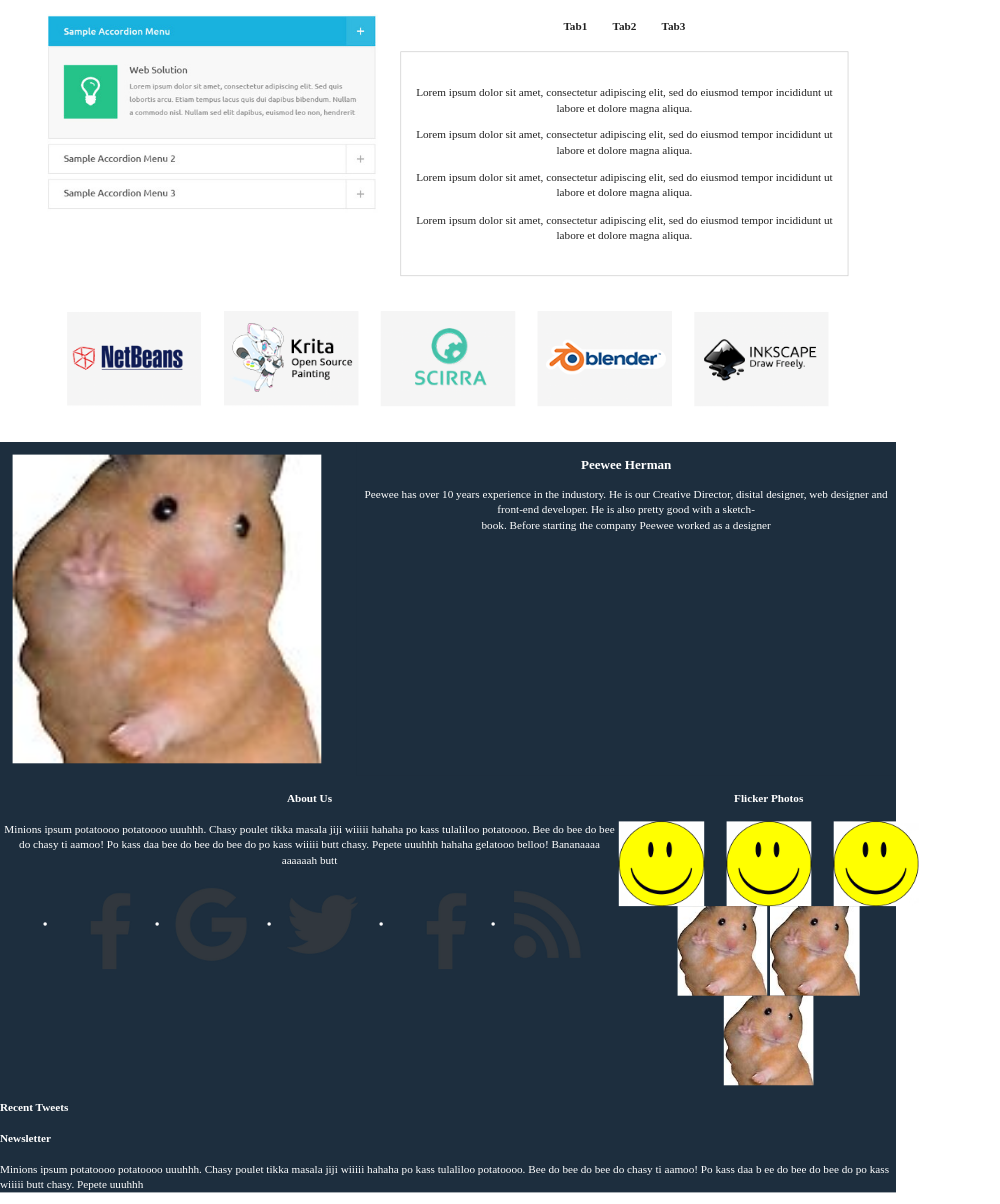
Repository: KanaKimishima/project1-responsive
Page: index.html
The author's editor kept a copy of each file at every save. The page is drawn from the files as they stood at one save, then again after the next save.
The browser window is 1280 px wide. The page is 1312 px wide, then 1428 px, so the pictures cover 1428 px, including what lies to the right of the window. The pictures show the part of the page from y = 2338 to 4058 px (the page is 4058 px tall before and 4033 px after), at 70% of full size.

Above is the page before, as saved 2023-02-06 22:27:37.

After the next save:
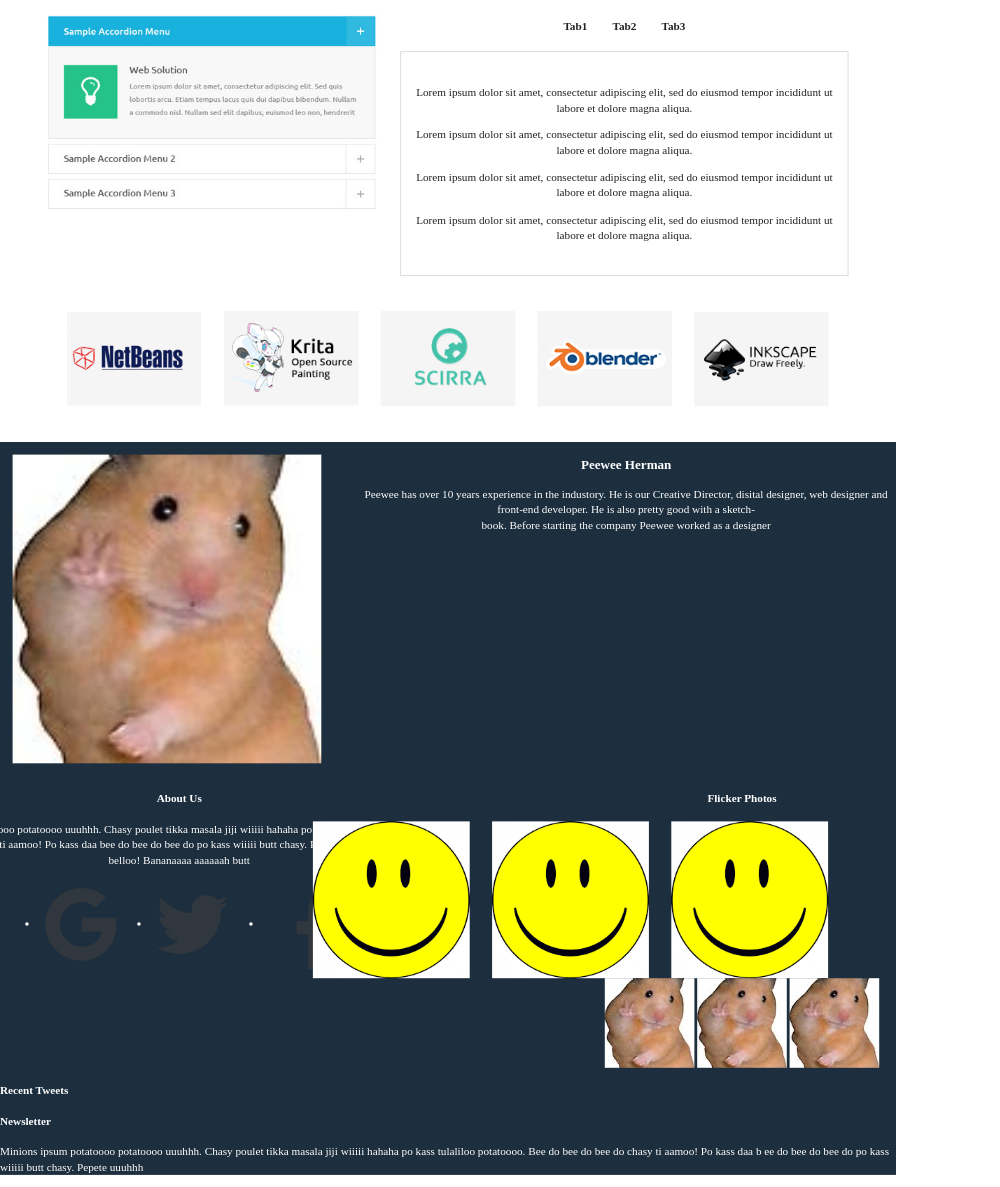
Saved 8 s later.
--- a/css/main.css
+++ b/css/main.css
@@ -171,7 +171,7 @@
   margin: 18px;
 }
 
-.flicker-imgs img {
+.flicker-imgs{
   width: 33.3%;
 }
 
